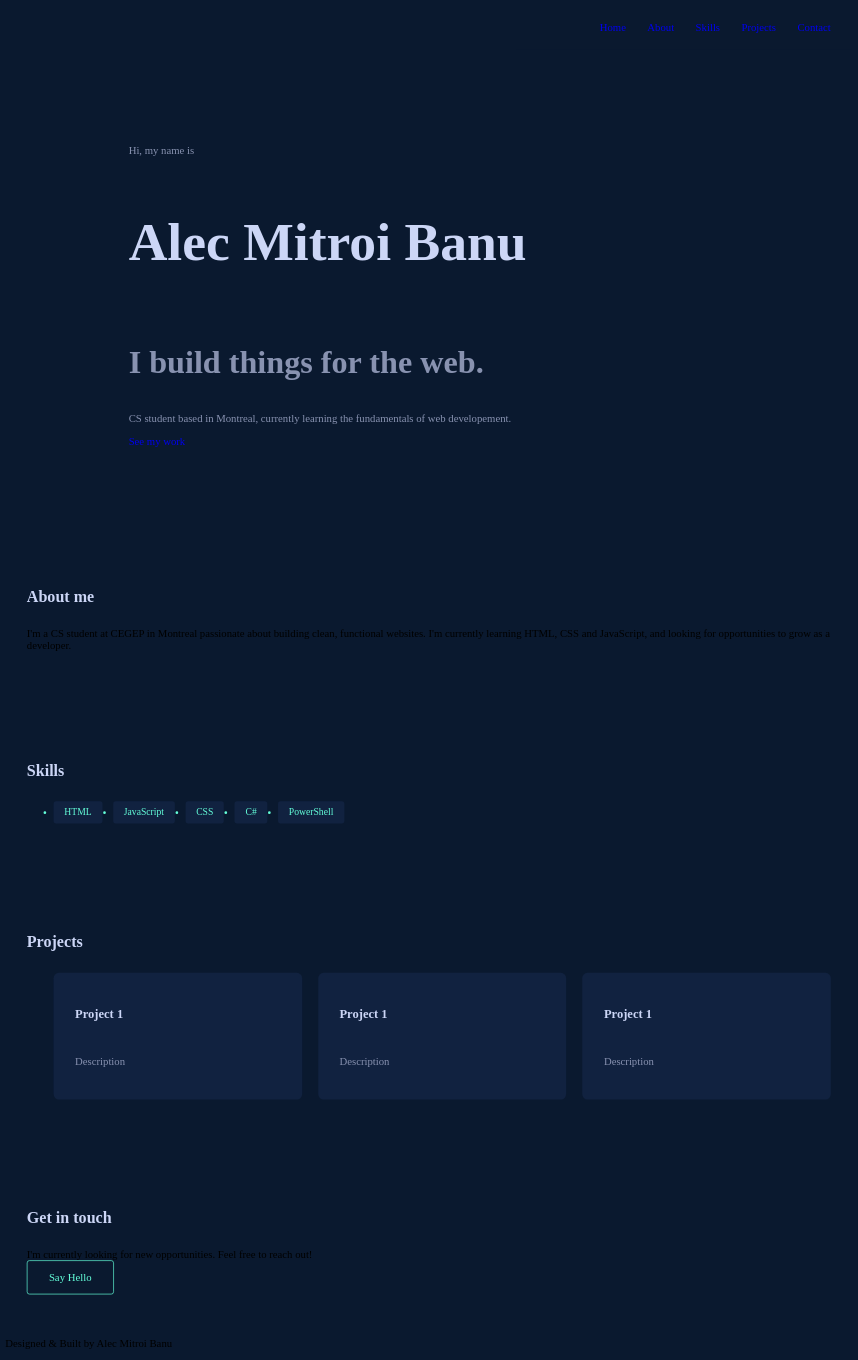
Repository: Alec-Banu/Alec-Banu
Page: index.html
An editor plug-in stored every save of this project. The page is shown before and after the next save, followed by the edit.
The browser window is 1280 px wide. The pictures show the whole page, at 67% of full size.

Above is the page before, as saved 2026-05-04 13:10:22.

### index.html
<!doctype html>
<html lang="en">
  <head>
    <meta charset="UTF-8" />
    <meta name="viewport" content="width=device-width, initial-scale=1.0" />
    <title>Alec Mitroi Banu</title>
    <link rel="stylesheet" href="./styles/globals.css" />
    <link rel="stylesheet" href="./styles/index.css" />
  </head>
  <body>
    <!-- Nav  -->
    <header>
      <nav>
        <a href="#hero">Home</a>
        <a href="#about">About</a>
        <a href="#skills">Skills</a>
        <a href="#projects">Projects</a>
        <a href="#contact">Contact</a>
      </nav>
    </header>

    <!-- Hero  -->

    <main>
      <section id="hero">
        <p>Hi, my name is</p>
        <h1>Alec Mitroi Banu</h1>
        <h2>I build things for the web.</h2>
        <p>
          CS student based in Montreal, currently learning the fundamentals of
          web developement.
        </p>
        <a href="#projects">See my work</a>
      </section>

      <!-- About  -->
      <section id="about">
        <h2>About me</h2>
        <p>
          I'm a CS student at CEGEP in Montreal passionate about building clean,
          functional websites. I'm currently learning HTML, CSS and JavaScript,
          and looking for opportunities to grow as a developer.
        </p>
      </section>

      <!-- Skills  -->
      <section id="skills">
        <h2>Skills</h2>
        <ul>
          <li>HTML</li>
          <li>JavaScript</li>
          <li>CSS</li>
          <li>C#</li>
          <li>PowerShell</li>
        </ul>
      </section>

      <!-- Projects -->
      <section id="projects">
        <h2>Projects</h2>
        <ul class="cards">
          <li>
            <article class="project-card">
              <h3>Project 1</h3>
              <p>Description</p>
            </article>
          </li>
          <li>
            <article class="project-card">
              <h3>Project 1</h3>
              <p>Description</p>
            </article>
          </li>
          <li>
            <article class="project-card">
              <h3>Project 1</h3>
              <p>Description</p>
            </article>
          </li>
        </ul>
      </section>

      <!-- Contact -->
      <section id="contact">
        <h2>Get in touch</h2>
        <p>
          I'm currently looking for new opportunities. Feel free to reach out!
        </p>
        <a href="mailto:alecbanu@yahoo.com">Say Hello</a>
      </section>
    </main>
    <footer>
      <p>Designed & Built by Alec Mitroi Banu</p>
    </footer>
  </body>
</html>

### styles/index.css
body{
  background-color: #0a192f;
}

a{
    text-decoration: none;
}

nav {
  display: flex;
  gap: 2rem;
  padding: 1.5rem 2rem;
  justify-content: flex-end;
  position: sticky;
  top: 0;
  background-color: #0a192f;
}

#hero {
  min-height: 100vh;
  display: flex;
  flex-direction: column;
  justify-content: center;
  padding: 0 2rem;
  max-width: 56rem;
  margin: 0 auto;

  h1 {
    font-size: 2rem;
    color: #ccd6f6;
  }
  h2 {
    font-size: 1.5rem;
    color: #8892b0;
  }
  p {
    color: #8892b0;
    margin: 1rem 0;
  }
}

section {
  padding: 4rem 2rem;

  h2 {
    font-size: 1.5rem;
    margin-bottom: 2rem;
    color: #ccd6f6;
  }
}

#skills {
  ul {
    display: flex;
    flex-wrap: wrap;
    gap: 1rem;
  }
  li {
    background-color: #112240;
    color: #64ffda;
    padding: 0.5rem 1rem;
    border-radius: 0.25rem;
    font-size: 0.9rem;
  }
}

#projects {
  .cards{
    display: grid;
    grid-template-columns: 1fr;
    gap: 1.5rem;
  list-style: none;
  }
  .project-card{
    background-color: #112240;
    padding: 2rem;
    border-radius: 0.5rem;
    display: flex;
    flex-direction: column;
    gap: 1rem;

    h3{
      color: #ccd6f6;
    }
    p{
      color: #8892b0;
    }
  }
}

#contact {
  a {
    border: 0.1rem solid #64ffda;
    color: #64ffda;
    padding: 1rem 2rem;
    border-radius: 0.25rem;
  }
  a:hover {
    background-color: #64ffda1a;
    text-decoration: none;
  }
}

/* Tablet */

@media (min-width: 768px) {
  #hero h1 {
    font-size: 3.5rem;
  }
  #hero h2 {
    font-size: 2.5rem;
  }
  #projects .cards{
    grid-template-columns: 1fr 1fr;
  }
}

/* Desktop */

@media (min-width: 1024px) {
  #hero h1 {
    font-size: 5rem;
  }
  #hero h2 {
    font-size: 3rem;
  }
  #projects .cards{
    grid-template-columns: 1fr 1fr 1fr;
  }
}

Loaded but not shown: styles/globals.css (no stored copy; drawn as an empty file)

After the next save:
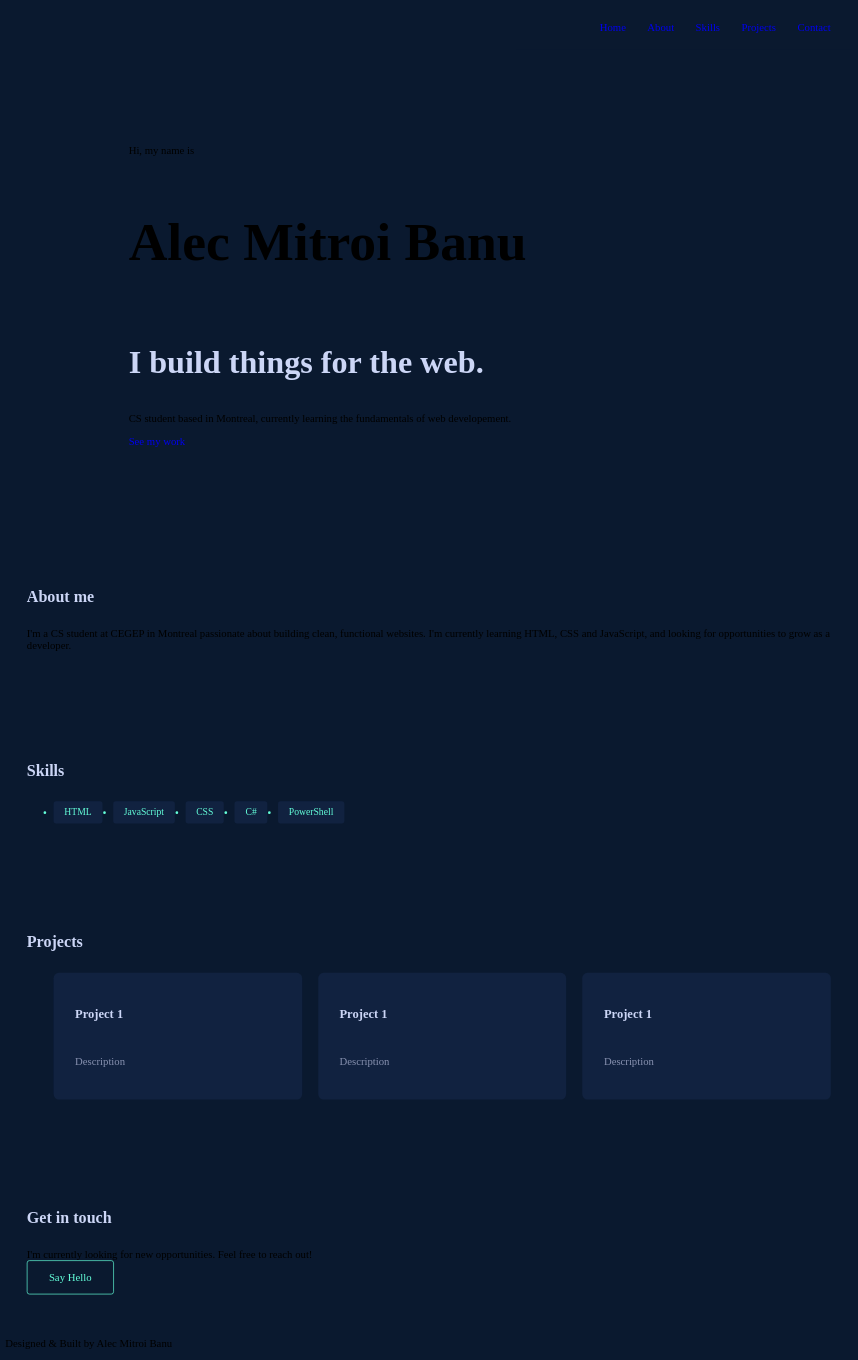
Saved 67 s later.
--- a/styles/index.css
+++ b/styles/index.css
@@ -1,9 +1,9 @@
-body{
+body {
   background-color: #0a192f;
 }
 
-a{
-    text-decoration: none;
+a {
+  text-decoration: none;
 }
 
 nav {
@@ -24,19 +24,6 @@ nav {
   padding: 0 2rem;
   max-width: 56rem;
   margin: 0 auto;
-
-  h1 {
-    font-size: 2rem;
-    color: #ccd6f6;
-  }
-  h2 {
-    font-size: 1.5rem;
-    color: #8892b0;
-  }
-  p {
-    color: #8892b0;
-    margin: 1rem 0;
-  }
 }
 
 section {
@@ -65,13 +52,13 @@ section {
 }
 
 #projects {
-  .cards{
+  .cards {
     display: grid;
     grid-template-columns: 1fr;
     gap: 1.5rem;
-  list-style: none;
+    list-style: none;
   }
-  .project-card{
+  .project-card {
     background-color: #112240;
     padding: 2rem;
     border-radius: 0.5rem;
@@ -79,10 +66,10 @@ section {
     flex-direction: column;
     gap: 1rem;
 
-    h3{
+    h3 {
       color: #ccd6f6;
     }
-    p{
+    p {
       color: #8892b0;
     }
   }
@@ -110,7 +97,7 @@ section {
   #hero h2 {
     font-size: 2.5rem;
   }
-  #projects .cards{
+  #projects .cards {
     grid-template-columns: 1fr 1fr;
   }
 }
@@ -124,7 +111,7 @@ section {
   #hero h2 {
     font-size: 3rem;
   }
-  #projects .cards{
+  #projects .cards {
     grid-template-columns: 1fr 1fr 1fr;
   }
 }
